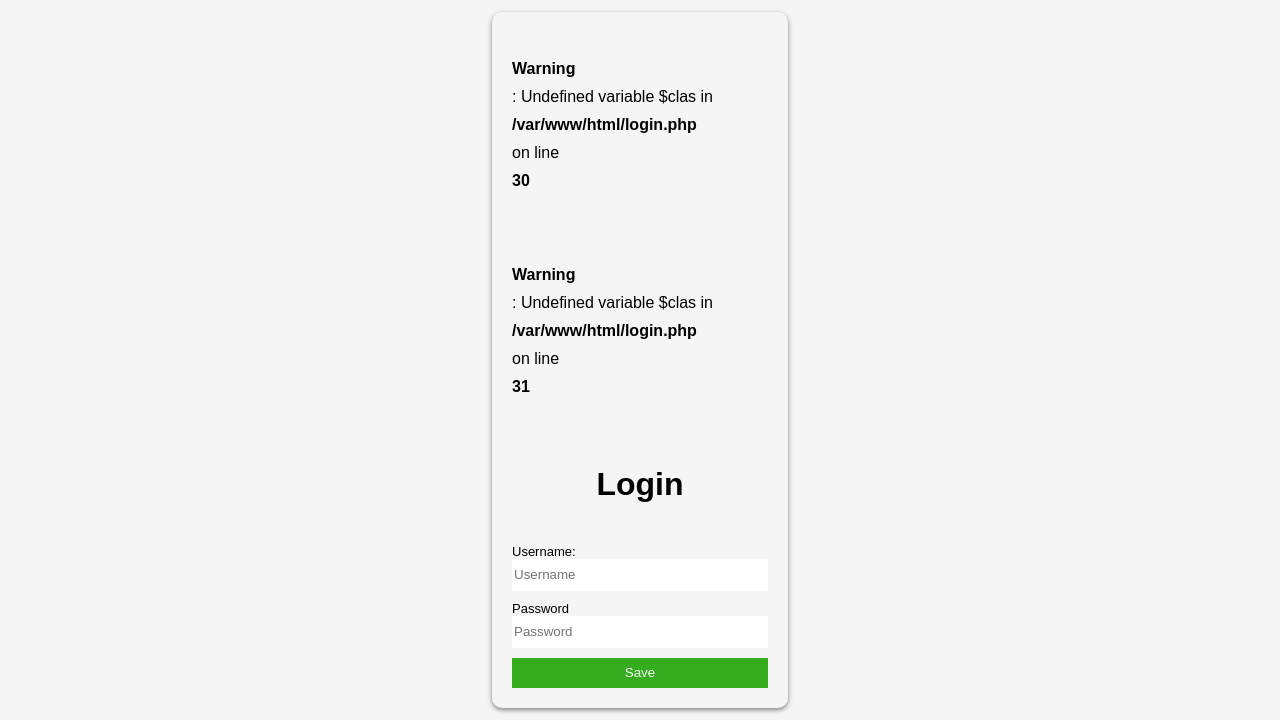
Repository: Dennis-star1001/PHP-CRUD
Page: http://localhost/login.php
An editor plug-in stored every save of this project. The page is shown before and after the next save, followed by the edit.
The browser window is 1280 px wide. The pictures show the whole page.
The page is run by PHP 8.4 with error messages shown; the project is at /var/www/html/.

Above is the page before, as saved 2022-07-05 10:17:08.

### login.php
<?php require("backend.php");
?>
<?php
$err = "";
$sucess ='';
$clas;
if (isset($_GET['err'])) {
    $err = $_GET['err'];
    $clas = 'error';

}elseif(isset($_GET['sucess'])){
    $sucess = $_GET['err'];
    $clas = 'sucess';

} ?>
<!DOCTYPE html>
<html lang="en">

<head>
    <meta charset="UTF-8">
    <meta http-equiv="X-UA-Compatible" content="IE=edge">
    <meta name="viewport" content="width=device-width, initial-scale=1.0">
    <link rel="stylesheet" href="style.css">
    <title>Document</title>
</head>
<body>
    <form method="POST" action="backend.php">
        <div class="container">
            <div class="left">
            <?php echo "<div class='$clas'>$err</div>" ?>
                <?php echo "<div class='$clas'>$sucess</div>" ?>
            <h1 class="title">Login</h1>
                <div class='success'></div>
                <div class="input-field">
                    <label for="username">Username:</label>
                    <input type="text" class="text-input" placeholder="Username" name="username" />
                </div>
                <div class="input-field">
                    <label for="password">Password</label>
                    <input type="password" class="text-input" placeholder="Password" name="password" />
                </div>

                <input type="submit" value="Save" class="submit" name="login" />

            </div>

        </div>
    </form>

</body>

</html>

### backend.php
<?php
require("connection.php");

if (isset($_POST['register'])) {
    $username = $_POST['username'];
    $email = $_POST['email'];
    $password = sha1($_POST['password']);
    $phone = $_POST['phone'];

if(empty($username) || empty($email) || empty($password) || empty($phone)){
    header("Location: register.php?err=Empty field not allowed!");
    exit;
}

    //check if existed
    $Select_sql = "SELECT * FROM register WHERE username = '$username' AND phone = '$phone'";

    $query =  mysqli_query($conn, $Select_sql);


    if (mysqli_num_rows($query) > 0) {
        header("Location: register.php?err=This user already exist");
        exit;
    }else{
        $Insert_sql = "INSERT INTO register SET username = '$username', email='$email', password='$password', phone = '$phone'";
        mysqli_query($conn, $Insert_sql);
        header("Location: login.php?sucess=You can now register");

    }

}


if (isset($_POST['login'])) {

}

### connection.php
<?php
$conn = mysqli_connect("localhost", "root", "", "Wild_animals");
if(!$conn){
die("Connection failed: " . mysqli_connect_error());
}

### style.css
body {
    margin: 0px;
    font-family: sans-serif;
    background-color: whitesmoke;
}

.title{

    text-align: center;

}

.container{
    display: flex;
    justify-content: center;
    align-items: center;
    height: 100vh;
}
.left{
    display: flex;
    flex-direction: column;
    width: 20%;
    /* border: 1px solid black; */
    box-shadow: 0 2px 5px gray;
    border-radius: 10px;
    padding: 20px;
    gap: 10px;
}
.input-field{
    display: flex;
    flex-direction: column;
}
input{
    height: 30px;
    border: none;

}
input:focus{
    outline: none;
    border-bottom: 1px solid gray;
}
label{
    font-size: 13px;
}
.submit{
    background-color: rgb(54, 173, 30);
    border: none;
    color: white;
}
.error {
    height: 5%;
    width: 100%;
    background-color: pink;
    color: red;
    font-family: sans-serif;
    display: flex;
    justify-content: center;
    align-items: center;
    font-size: 15px;
}

.success {
    height: 10%;
    width: 100%;
    background-color: lightgreen;
    color: green;
    font-family: sans-serif;
    display: flex;
    justify-content: center;
    align-items: center;
    font-size: 15px;
}

After the next save:
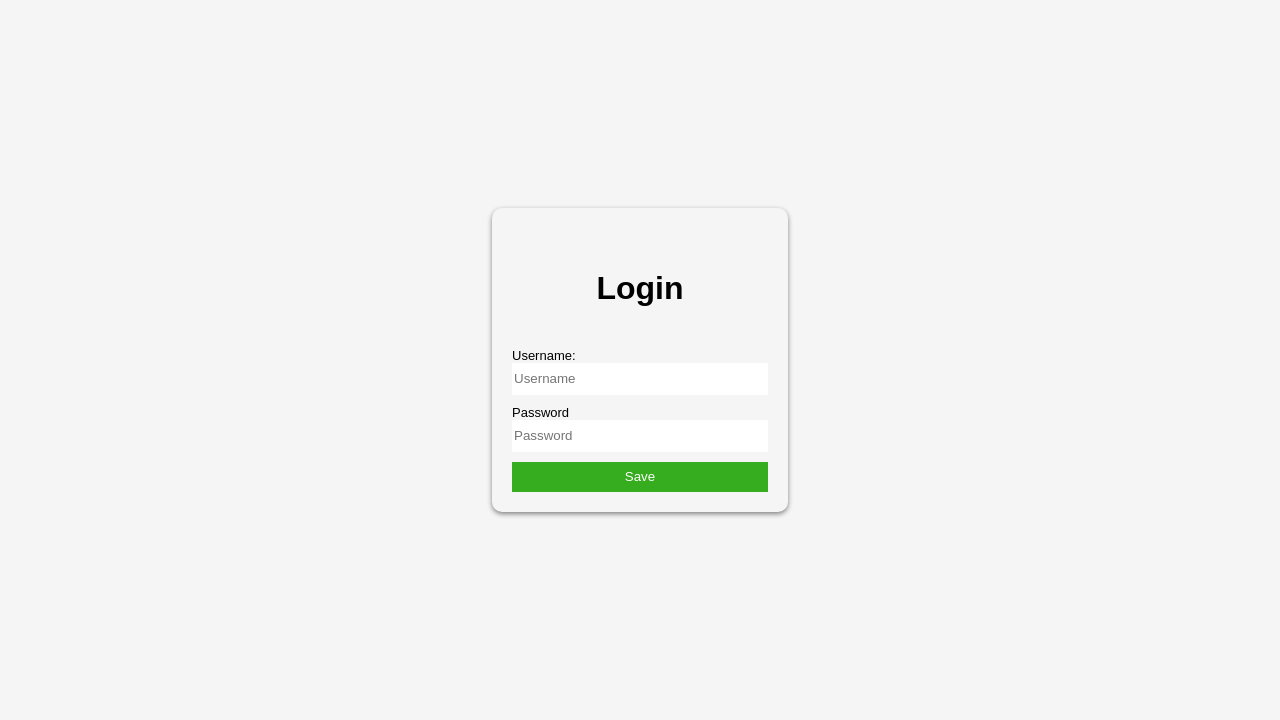
Saved 46 s later.
--- a/login.php
+++ b/login.php
@@ -3,7 +3,7 @@
 <?php
 $err = "";
 $sucess ='';
-$clas;
+$clas ='';
 if (isset($_GET['err'])) {
     $err = $_GET['err'];
     $clas = 'error';
